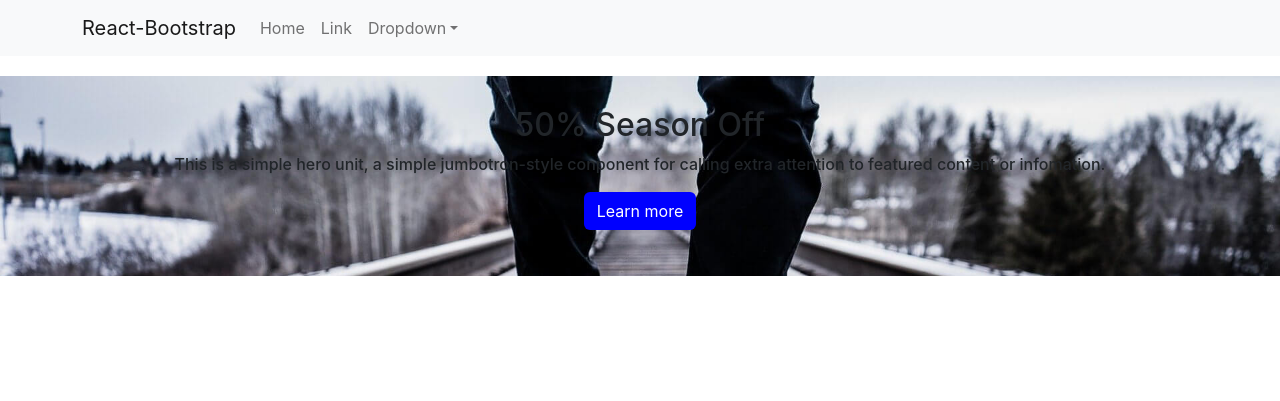
Repository: sonchangdo/mokdong
Page: / (app in shop/)
An editor plug-in stored every save of this project. The page is shown before and after a run of saves, followed by the edit.
The browser window is 1280 px wide. The pictures show the whole page.
The project was rebuilt for these pictures with package versions that can differ from the ones it lists, and the page was loaded fresh each time.

Above is the page before, as saved 2022-01-10 14:32:32.

### shop/src/App.js
import React from 'react';
import logo from './logo.svg';
import { Navbar,Container,Nav,NavDropdown } from 'react-bootstrap';
import './App.css';

function App() {
  return (
    <div className="App">
      <Navbar bg="light" expand="lg">
        <Container>
          <Navbar.Brand href="#home">React-Bootstrap</Navbar.Brand>
          <Navbar.Toggle aria-controls="basic-navbar-nav" />
          <Navbar.Collapse id="basic-navbar-nav">
            <Nav className="me-auto">
              <Nav.Link href="#home">Home</Nav.Link>
              <Nav.Link href="#link">Link</Nav.Link>
              <NavDropdown title="Dropdown" id="basic-nav-dropdown">
                <NavDropdown.Item href="#action/3.1">Action</NavDropdown.Item>
                <NavDropdown.Item href="#action/3.2">Another action</NavDropdown.Item>
                <NavDropdown.Item href="#action/3.3">Something</NavDropdown.Item>
                <NavDropdown.Divider />
                <NavDropdown.Item href="#action/3.4">Separated link</NavDropdown.Item>
              </NavDropdown>
            </Nav>
          </Navbar.Collapse>
        </Container>
      </Navbar>
      <div className="jumbotron background">
        <h2>50% Season Off</h2>
        <p>This is a simple hero unit, a simple jumbotron-style conponent for calling
          extra attention to featured content or infomation.
        </p>
        <p>
          <button className="btn" variant="primary">Learn more</button>
        </p>
      </div>
    </div>
  );
}

export default App;

### shop/src/App.css
.App {
  text-align: center;
}

.App-logo {
  height: 40vmin;
  pointer-events: none;
}

.jumbotron{
  width:100%;
  margin:20px 0;
  padding:30px 0;
}

.jumbotron > p:nth-child(1){
  font-size:30px;
  font-weight:600;
}

.jumbotron > p:nth-child(2){
  font-size:16px;
  font-weight:500;
}

.jumbotron .btn{
  background:blue;
  color:#fff;
  border-radius: 6px;
}

.background{
  background-image: url('./background.jpeg');
  background-size:cover;
}

@media (prefers-reduced-motion: no-preference) {
  .App-logo {
    animation: App-logo-spin infinite 20s linear;
  }
}

.App-header {
  background-color: #282c34;
  min-height: 100vh;
  display: flex;
  flex-direction: column;
  align-items: center;
  justify-content: center;
  font-size: calc(10px + 2vmin);
  color: white;
}

.App-link {
  color: #61dafb;
}

@keyframes App-logo-spin {
  from {
    transform: rotate(0deg);
  }
  to {
    transform: rotate(360deg);
  }
}

Loaded but not shown: shop/public/index.html (common file); shop/src/index.js (common file); shop/src/index.css (common file); shop/src/reportWebVitals.js (common file)

After the next 2 saves:
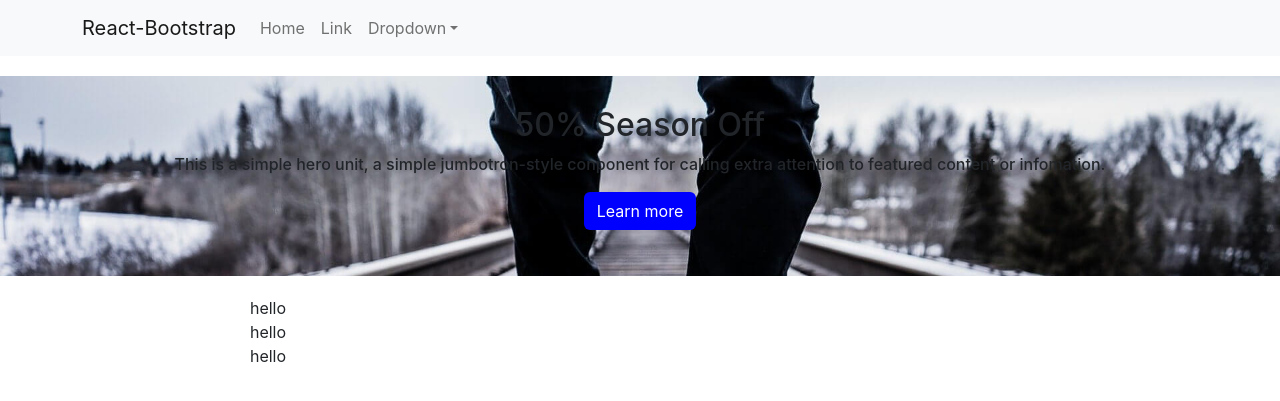
The 2 saves are shown as one change because 1 did not build or start.
The last was saved 2 min 16 s later.
--- a/shop/src/App.js
+++ b/shop/src/App.js
@@ -34,6 +34,12 @@ function App() {
           <button className="btn" variant="primary">Learn more</button>
         </p>
       </div>
+
+      <div className="container">
+        <div className="col-md-4">hello</div>
+        <div className="col-md-4">hello</div>
+        <div className="col-md-4">hello</div>
+      </div>
     </div>
   );
 }
